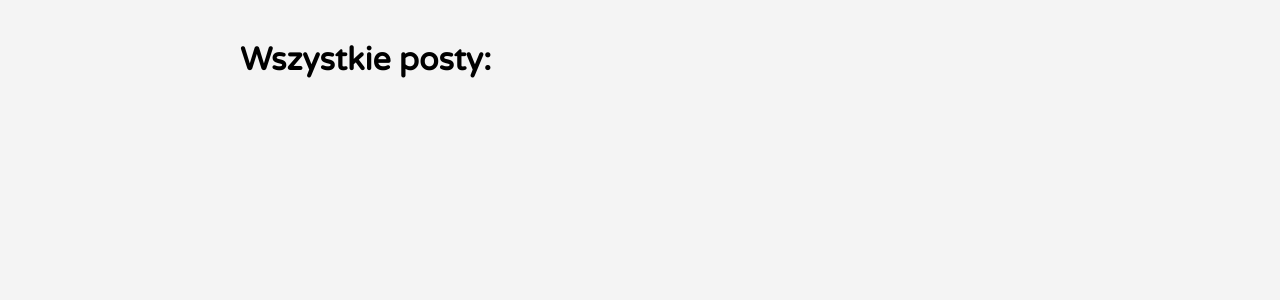
Repository: noisevisionproductions/PlayMeetWebsite
Page: src/main/resources/templates/posts.html
An editor plug-in stored every save of this project. The page is shown before and after the next save, followed by the edit.
The browser window is 1280 px wide. The pictures show the whole page.
The page's requests for data from a server got no answer. Some web libraries are served in a nearby version.

Above is the page before, as saved 2024-03-24 19:04:58.

After the next save:
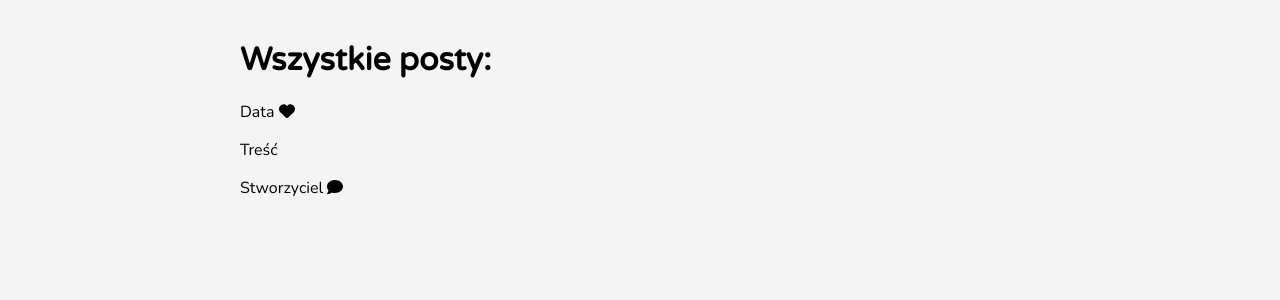
Saved 14 min 37 s later.
--- a/src/main/resources/templates/posts.html
+++ b/src/main/resources/templates/posts.html
@@ -24,7 +24,19 @@
     <div class="container">
         <h1 class="posts-header"> Wszystkie posty:</h1>
         <div id="posts-container">
+            <h2 class="post-sport"></h2>
+            <span class="post-date">Data</span>
 
+            <span class="post-singup"><i class="fas fa-heart"></i></span>
+        </div>
+        <div class="post-content">
+            <p>Treść</p>
+        </div>
+        <div class="post-footer">
+            <span class="post-creator">Stworzyciel</span>
+            <span class="post-chat">
+                <i class="fas fa-comment">Chat </i>
+            </span>
         </div>
     </div>
     <script src="js/posts.js"></script>
